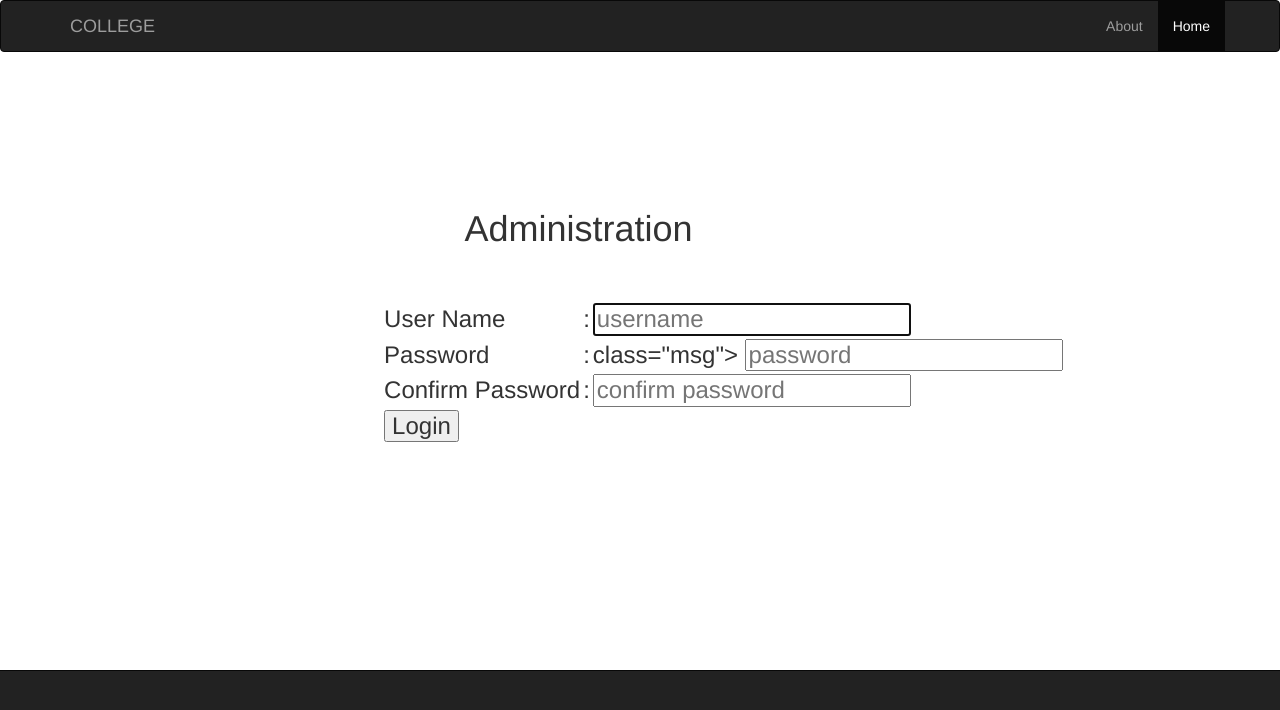
Repository: waheedsd/College
Page: http://localhost/College/admin.jsp
These files come from the project's save history. The page is drawn as it stood at one moment and after the next save; the edit follows.
The browser window is 1280 px wide. The pictures show the whole page.
The page is served by Tomcat 9.

Above is the page before, as saved 2017-09-13 17:31:41.

After the next save:
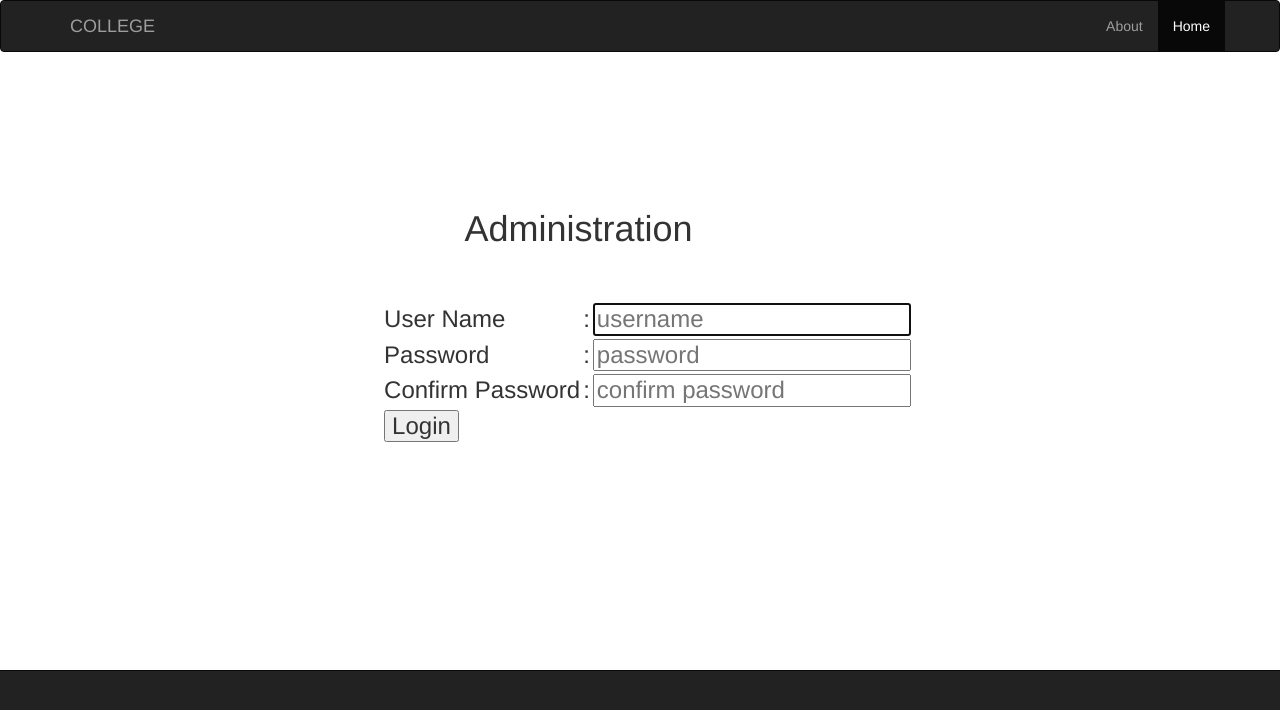
Saved 15 s later.
--- a/College/WebContent/admin.jsp
+++ b/College/WebContent/admin.jsp
@@ -79,7 +79,7 @@
             <td>Password</td>
             <td>:</td>
             <td>
-            <div> class="msg">
+            <div class="msg">
                 <input type="password" name="admin_password1"  required placeholder="password"><span id="msg"></span>
                 </div>
             </td>
